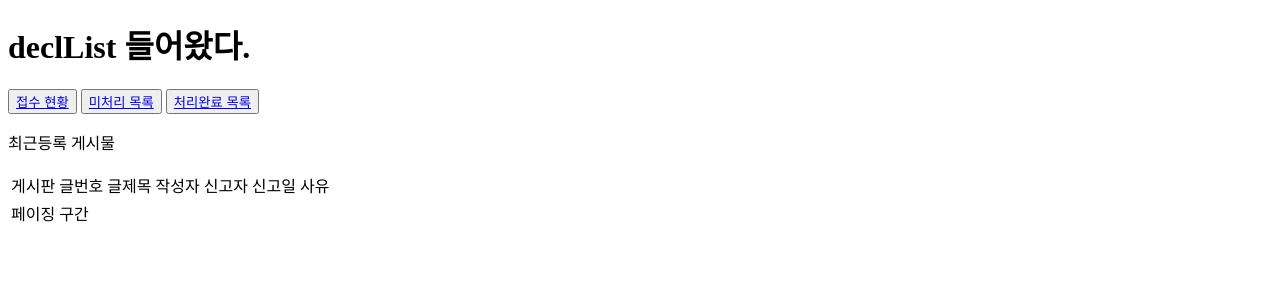
Repository: banana1531/ggs
Page: http://localhost/ggs/WEB-INF/views/admin/declList.jsp
An editor plug-in stored every save of this project. The page is shown before and after the next save, followed by the edit.
The browser window is 1280 px wide. The pictures show the whole page.
The page is served by Tomcat 9. Nobody is signed in. The template is opened directly, without the code that normally fills it, so the values that code supplies are empty.

Above is the page before, as saved 2020-07-13 06:29:09.
Console error: ReferenceError: $ is not defined

After the next save:
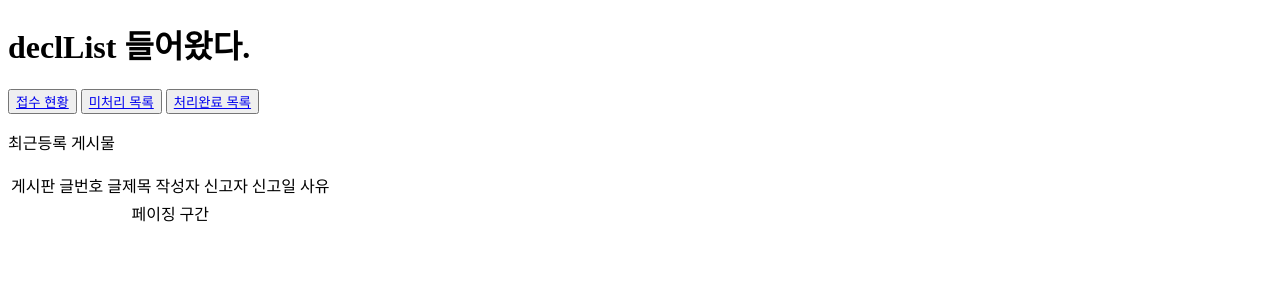
Saved 17 s later.
--- a/99s/ggs/src/main/webapp/WEB-INF/views/admin/declList.jsp
+++ b/99s/ggs/src/main/webapp/WEB-INF/views/admin/declList.jsp
@@ -48,7 +48,7 @@ $(function(){
 				</tr>
 			</c:forEach>
 			<tr>
-				<td colspan="7">페이징 구간</td>
+				<td align="center" colspan="7">페이징 구간</td>
 			</tr>
 		</table>
    </div>
